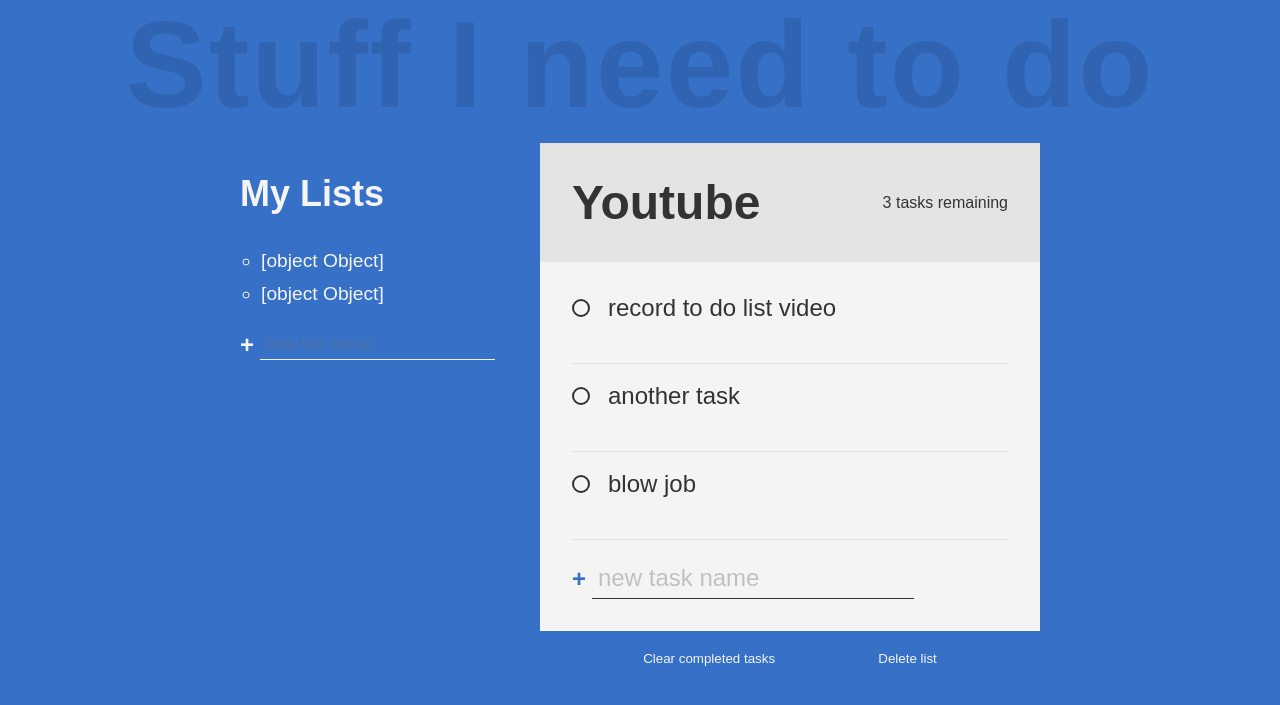
Repository: MohammadMazloum123/To-Do-List-App-
Page: index.html
An editor plug-in stored every save of this project. The page is shown before and after the next save, followed by the edit.
The browser window is 1280 px wide. The pictures show the whole page.

Above is the page before, as saved 2024-02-15 15:43:52.

### index.html
<!DOCTYPE html>
<html lang="en">
<head>
    <meta charset="UTF-8">
    <meta name="viewport" content="width=device-width, initial-scale=1.0">
    <title>To-Do List</title>
    <link rel="stylesheet" href="styles.css">
</head>
<body>
    <h1 class="title">Stuff I need to do</h1>
    <div class="all-tasks">
        <h2 class="task-list-title">My Lists</h2>
        <ul class="task-list" data-lists>
            <li class="list-name active-list">My Grocery</li>
            <li class="list-name" >YouTube</li>
            <li class="list-name">Work</li>
        </ul>
        <form>
            <input type="text" class="new list" placeholder="new list name" aria-label="new list name">
            <button class="btn create" aria-label="create new list">+</button>
        </form>
    </div>
    <div class="todo-list">
        <div class="todo-header">
            <h1 class="list-title">Youtube</h1>
            <p class="task-count">3 tasks remaining</p>
        </div>
        <div class="todo-body">
            <div class="tasks">
                <div class="task">
                    <input type="checkbox" id="task-1">
                    <label for="task-1">
                        <span class="custom-checkbox"></span>
                        record to do list video
                    </label>
                </div>
                <!--Task 1-->
                <div class="task">
                    <input type="checkbox" id="task-2">
                    <label for="task-2">
                        <span class="custom-checkbox"></span>
                        another task
                    </label>
                </div>
                <!--Task 2-->
                <div class="task">
                    <input type="checkbox" id="task-3">
                    <label for="task-3">
                        <span class="custom-checkbox"></span>
                        blow job
                    </label>
                </div>
                <!--Task 3-->
            </div>
            <div class="new-task-creator">
                <form>
                    <input type="text" class="new task" placeholder="new task name" aria-label="new task name">
                    <button class="btn create" aria-label="create new task">+</button>
                </form>
            </div>
            <div class="delete-stuff">
                <button class="btn delete">Clear completed tasks</button>
                <button class="btn delete">Delete list</button>
            </div>
        </div>
    </div>
    <!--Java Script-->
    <script defer src="script.js"></script>
</body>
</html>

### styles.css
:root{
    --clr-primary: rgb(54, 112, 199);
    --clr-light: #f4f4f4;
    --clr-dark:#333;
    --clr-warning: rgb(99, 36, 36);
}
*,
*::before,
*::after{
    font-family: inherit;
    box-sizing: border-box;
}

body{
    margin: 0;
    font-family: "Work Sans", sans-serif;
    font-weight: 300;
    font-size: 1.5rem;
    background-color: var(--clr-primary);
    color: var(--clr-light);
    display: grid;
    grid:
        "header header header header" auto
        "...... lists active ......" auto /
        1fr minmax(100px, 300px) minmax(250px, 500px) 1fr;
}
.title{
    grid-area: header;
    text-align: center;
    font-weight: 800;
    font-size: calc(7vw + 2rem);
    color: rgba(0, 0, 0, .1);
    margin: -.3rem 0 0.5rem;
    letter-spacing: 2px;
}
form{
    display: flex;
}
.btn{
    background: 0;
    cursor: pointer;
    padding: 0;
    border: 0;
    color: inherit;
}
.btn.create{
    font-size: 1.5rem;
    font-weight: 900;
    margin-right: .25em;
    transition: opacity 250ms ease-in;
}
.btn.create:hover{
    opacity: .7;
}

.new{
    background: transparent;
    border: 0;
    color: inherit;
    outline: none;
    font-size: inherit;
    border-bottom: 1px solid currentColor;
    transition: border-bottom 150ms ease-in;
    order: 2;
    padding: 0.25em;
}
.new::placeholder{
    opacity: .4;
}
.new:focus{
    border-bottom-width: 3px;
}

.new:focus::placeholder{
    opacity: 0.15;
}
.active-list{
    font-weight: 800;
}
.new.list{
    font-size: 1.1rem;
}
.all-tasks{
    grid-area: lists;
}
.task-list{
    line-height: 1.7;
    list-style: circle;
    font-size: 1.2rem;
    padding-left: 1.1em;
}
.list-name{
    cursor: pointer;
}
.list-name:hover{
    opacity: .7;
}
.todo-list{
    --spacer:2rem;
    grid-area: active;
    background: var(--clr-light);
    color: var(--clr-dark);
}
.todo-header{
    padding: var(--spacer);
    background: #e4e4e4;
    display: flex;
    align-items: center;
    justify-content: space-between;
}
.list-title{
    margin: 0 1em 0 0;
}
.task-count{
    margin: 0;
    font-size: 1rem;
}
.todo-body{
    padding: var(--spacer);
    position: relative;
}
.new-task-creator .create{
    color: var(--clr-primary);
}
.new.task{
    margin-bottom: 0;
}

[type="checkbox"]{
    opacity: 0;
    position: absolute;
}
.task label{
    display: inline-flex;
    align-items: center;
    position: relative;
    margin-bottom: 1.25em;
}
.task{
    position: relative;
    margin-bottom: 1.25em;
}
.task::after{
    content: "";
    position: absolute;
    left: 0;
    right: 0;
    height: 1px;
    bottom: -0.5em;
    background: currentColor;
    opacity: 0.1;

}
.custom-checkbox{
    --size: 0.75em;
    display: inline-block;
    width: var(--size);
    height: var(--size);
    margin-right: var(--size);
    cursor: pointer;
    border: 2px solid currentColor;
    border-radius: 50%;
    transform: scale(1);
    transition: transform 300ms ease-in-out;
}
.task:hover .custom-checkbox,
[type="checkbox"]:focus + label .custom-checkbox {
    transform: scale(1.2);
    color: var(--clr-primary);
}

[type="checkbox"]:checked + label .custom-checkbox{
    background-color: var(--clr-primary);
    border-color: var(--clr-primary);
    box-shadow: inset 0 0 0px 2px white;
}
[type="checkbox"]:checked + label{
    opacity: 0.7;
}
.task label::after{
    content: "";
    position: absolute;
    left: 0;
    right: 0;
    left: 1.5em;
    top: 50%;
    height: 3px;
    background: currentColor;
    transform: scaleX(0);
    transform-origin:right ;
    transition: transform 150ms ease-in-out;
}
[type="checkbox"]:checked + label::after{
    transform: scaleX(1);
    transform-origin: left;
}
.delete-stuff{
    display: flex;
    justify-content: space-evenly;
    position: absolute;
    width: 100%;
    left: 0;
    bottom:-35px;
    color: var(--clr-light);
}

.btn.delete:hover{
    border-bottom: 2px solid #333;
    transform: scaleY(1.05);
}

### script.js
const listsContainer = document.querySelector('[data-lists]');
let lists = [{
    id: 1,
    name:'blow job'
    },
    {
        id: 2,
        name:'name'
    },
]

function render(){
    clearElement(listsContainer)
    lists.forEach(list =>{
        const listElement = document.createElement('li')
        listElement.dataset.listId = list.id
        listElement.classList.add('list-name')
        listElement.innerText = list
        listsContainer.appendChild(listElement)
    })
}
function clearElement(element){
    while(element.firstChild){
        element.removeChild(element.firstChild)
    }
}

render()

After the next save:
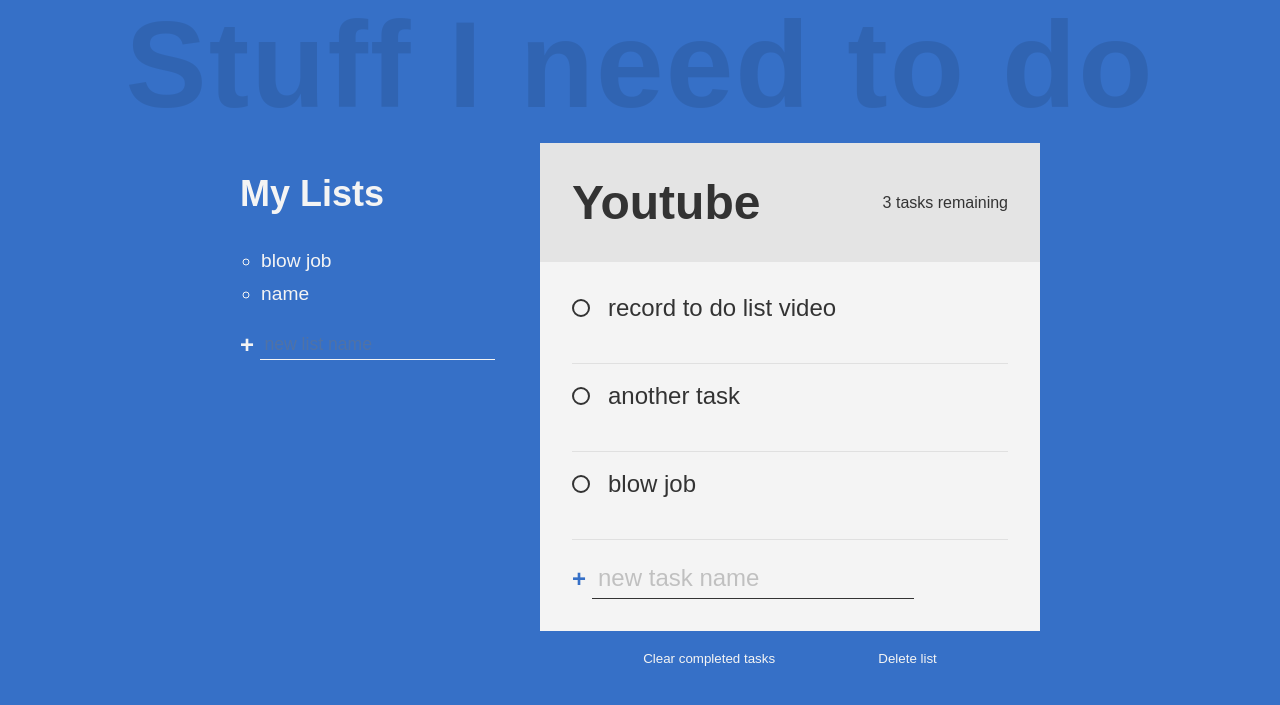
Saved 44 s later.
--- a/script.js
+++ b/script.js
@@ -15,7 +15,7 @@ function render(){
         const listElement = document.createElement('li')
         listElement.dataset.listId = list.id
         listElement.classList.add('list-name')
-        listElement.innerText = list
+        listElement.innerText = list.name
         listsContainer.appendChild(listElement)
     })
 }
